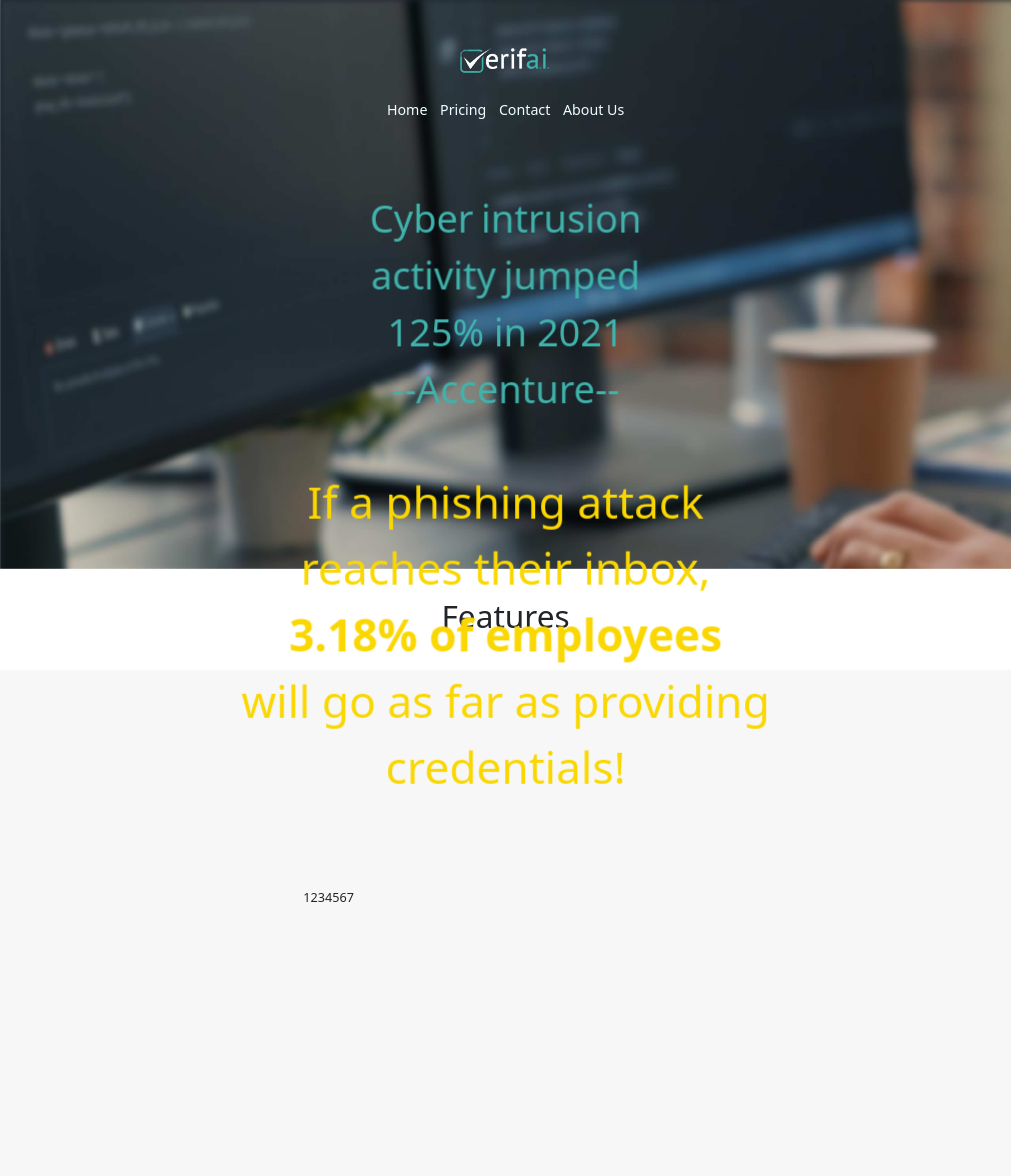
Repository: Ali-VB/verif-website
Page: /
The author's editor kept a copy of each file at every save. The page is drawn from the files as they stood at one save, then again after the next save.
The browser window is 1280 px wide. The pictures show the whole page, at 79% of full size.
The project was rebuilt for these pictures with package versions that can differ from the ones it lists, and the page was loaded fresh each time.

Above is the page before, as saved 2022-04-19 10:54:12.

After the next save:
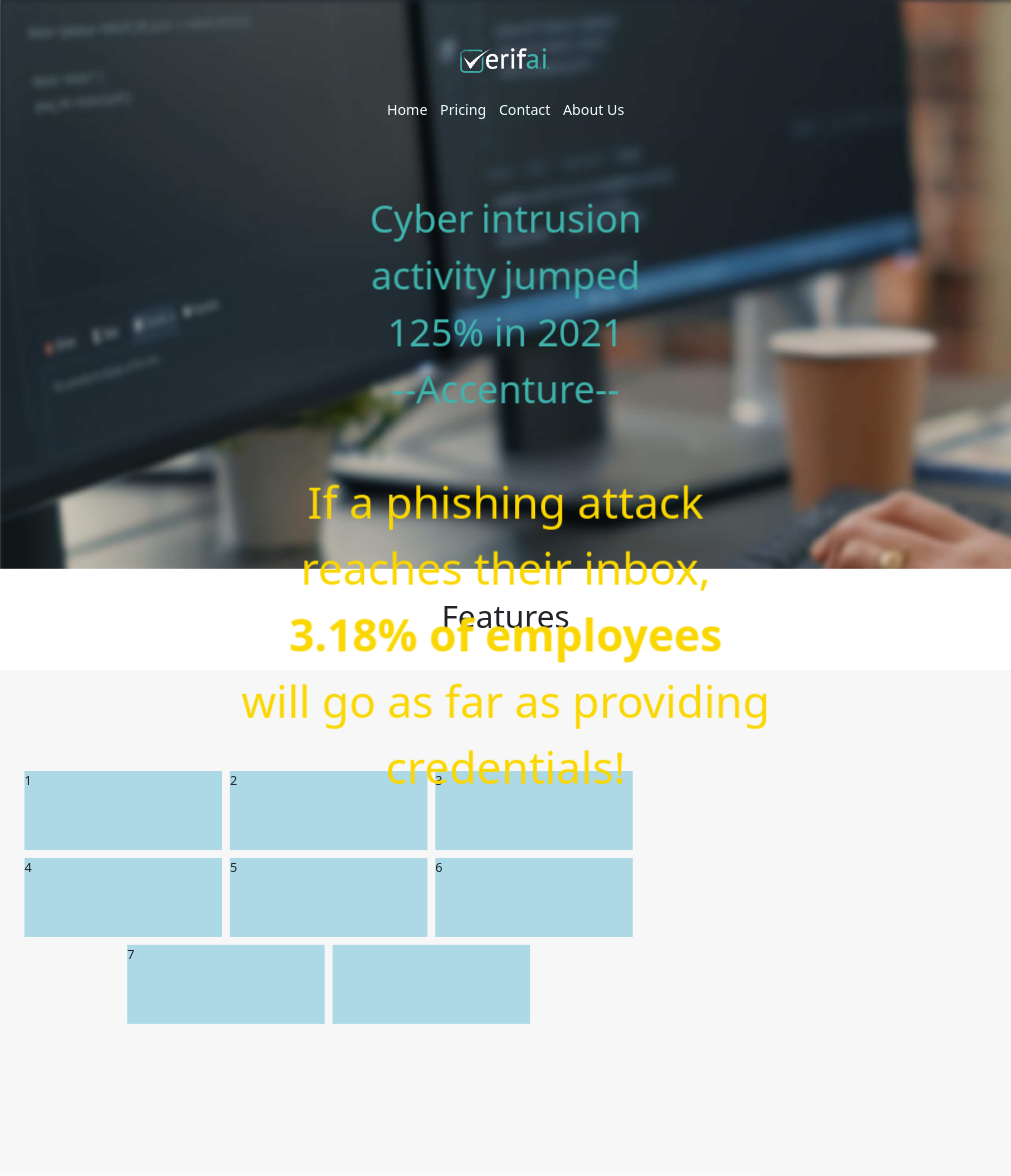
Saved 12 s later.
--- a/src/components/Features/Features.css
+++ b/src/components/Features/Features.css
@@ -23,5 +23,8 @@
     flex-direction: row;
 }
 .feature-table div{
-
+    width: 250px;
+    height: 100px;
+    margin: 5px;
+    background-color: lightblue;
 }
